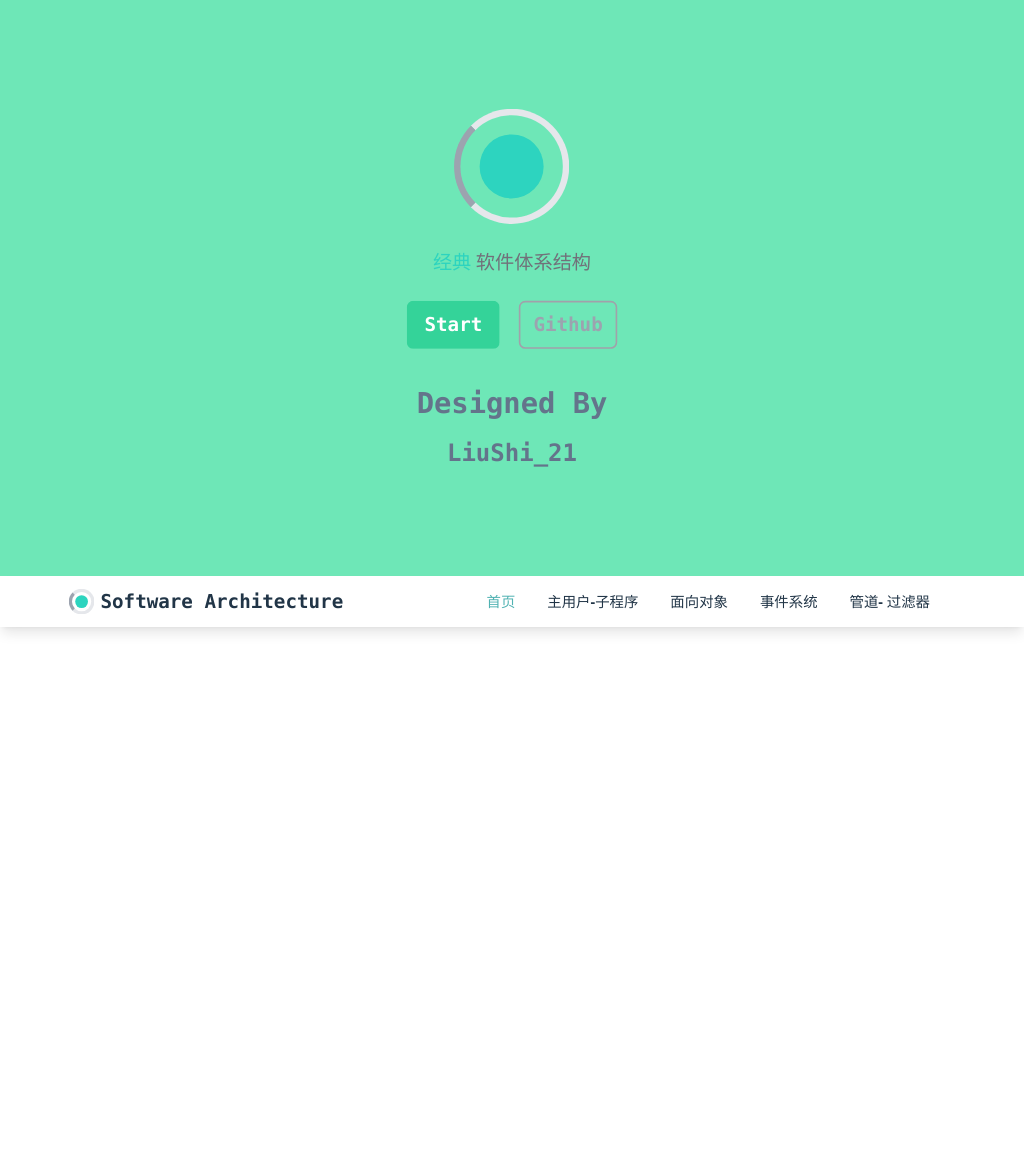
Repository: MarchRory/software_architecture_lab2
Page: / (app in lab2/)
These files come from the project's save history. The page is drawn as it stood at one moment and after the next save; the edit follows.
The browser window is 1280 px wide. The pictures show the whole page, at 80% of full size.
The project was rebuilt for these pictures with package versions that can differ from the ones it lists, and the page was loaded fresh each time. Also part of the build but not shown: lab2/vite.config.ts. Imported but missing from the stored project, and not drawn on this page: lab2/src/views/OOP/index.vue, lab2/src/views/PipFilter/index.vue, lab2/src/views/eventsSys/index.vue, lab2/src/views/mainChild/index.vue.

Above is the page before, as saved 2023-11-17 22:17:15.

### lab2/index.html
<!Doctype html>
<html lang="en">
  <head>
    <meta charset="UTF-8" />
    <link rel="icon" type="image/svg+xml" href="/vite.svg" />
    <meta name="viewport" content="width=device-width, initial-scale=1.0" />
    <title>经典软件体系结构</title>
  </head>
  <body>
    <div id="app"></div>
    <script type="module" src="/src/main.ts"></script>
  </body>
</html>

### lab2/src/main.ts
import { createApp } from 'vue'
import './style.css'
import './style/index.css'
import hljs from 'highlight.js/lib/core'
import 'highlight.js/styles/androidstudio.css'
import java from 'highlight.js/lib/languages/java'
import router from '@/router/index'
import pinia from '@/store/index'
import App from './App.vue'
import "tailwindcss/tailwind.css"
const vueApp = createApp(App)
hljs.registerLanguage('java', java)
// 高亮指令
vueApp.directive('highlight', (el) => {
    const blocks = el.querySelectorAll('pre code')
    blocks.forEach((block: any) => {
        hljs.highlightElement(block)
    })
})
vueApp.use(router).use(pinia).mount('#app')

### lab2/src/style.css
:root {
  font-family: Inter, system-ui, Avenir, Helvetica, Arial, sans-serif;
  line-height: 1.5;
  font-weight: 400;

  color-scheme: light dark;
  color: rgba(255, 255, 255, 0.87);
  background-color: #242424;

  font-synthesis: none;
  text-rendering: optimizeLegibility;
  -webkit-font-smoothing: antialiased;
  -moz-osx-font-smoothing: grayscale;
  -webkit-text-size-adjust: 100%;
}

a {
  font-weight: 500;
  color: #646cff;
  text-decoration: inherit;
}
a:hover {
  color: #535bf2;
}

body {
  margin: 0;
  display: flex;
  place-items: center;
  min-width: 320px;
  min-height: 100vh;
}

@media (prefers-color-scheme: light) {
  :root {
    color: #213547;
    background-color: #ffffff;
  }
  a:hover {
    color: #747bff;
  }
  button {
    background-color: #f9f9f9;
  }
}

### lab2/src/router/index.ts
import { createRouter, createWebHashHistory, RouteRecordRaw } from "vue-router";
export const routes: Array<RouteRecordRaw> = [
    {
        path: '/',
        name: 'hello',
        meta: {
            tabName: '主页'
        },
        component: () => import('@/layout/index.vue'),
        redirect: '/home',
        children: [
            {
                path: '/home',
                name: 'home',
                component: () => import('@/views/hello/index.vue'),
                meta: {
                    title: '首页'
                }
            }, {
                path: '/mainChild',
                name: 'mainChild',
                component: () => import('@/views/mainChild/index.vue'),
                meta: {
                    title: '主用户-子程序'
                }
            }, {
                path: '/OOP',
                name: "OOP",
                component: () => import('@/views/OOP/index.vue'),
                meta: {
                    title: '面向对象'
                }
            }, {
                path: '/eventSys',
                name: "eventSys",
                component: () => import("@/views/eventsSys/index.vue"),
                meta: {
                    title: '事件系统'
                }
            }, {
                path: '/pipFilter',
                name: "pipFilter",
                component: () => import('@/views/PipFilter/index.vue'),
                meta: {
                    title: "管道- 过滤器"
                }
            }
        ]
    },
]

const router = createRouter({
    history: createWebHashHistory(),
    routes
})

export default router

### lab2/src/store/index.ts
import { createPinia } from 'pinia';

const stores = createPinia();

export default stores;

### lab2/src/App.vue
<script setup lang="ts">
	import { defineAsyncComponent, ref } from 'vue';
	import { useRouter } from 'vue-router';
	const router = useRouter();
	const FELoad = ref(true);
	const FELoading = defineAsyncComponent(() => import('@/components/FELoading/index.vue'));
</script>

<template>
	<div id="app">
		<FELoading v-if="FELoad" />
		<router-view style="z-index: 999"></router-view>
	</div>
</template>

<style>
	#app {
		width: 100vw;
		height: 100vh;
	}
	::-webkit-scrollbar {
		width: 8px;
	}
	::-webkit-scrollbar-thumb {
		background-color: rgb(69, 199, 202);
		border-radius: 15px;
	}
	::-moz-scrollbar {
		width: 8px;
	}
	::-moz-scrollbar-thumb {
		background-color: rgb(69, 199, 202);
	}
</style>

### lab2/src/layout/index.vue
<script setup lang="ts">
	import { defineAsyncComponent } from 'vue';
	const Navbar = defineAsyncComponent(() => import('./navbar.vue'));
	const APPMain = defineAsyncComponent(() => import('./Main.vue'));
</script>

<template>
	<div class="flex flex-col items-center w-full h-full">
		<Navbar />
		<APPMain class="flex-1" />
	</div>
</template>

### lab2/src/views/hello/index.vue
<script setup lang="ts">
	import { useRouter } from 'vue-router';
	const router = useRouter();
	function enterPage() {
		router.push({
			path: '/mainChild',
		});
	}
</script>

<template>
	<div
		style="position: absolute; left: 50%; top: 50%; transform: translate(-50%, -50%)"
		class="flex flex-col items-center justify-around h-fit"
	>
		<div
			class="flex items-center justify-center mb-8 border-8 rounded-full w-36 h-36 border-l-gray-400"
		>
			<div class="w-20 h-20 bg-teal-400 rounded-full"></div>
		</div>
		<div class="mb-8 space-x-2 text-2xl font-bold text-zinc-500">
			<span class="text-teal-400">经典</span>
			软件体系结构
		</div>
		<div class="flex items-center justify-between" style="width: 110%">
			<div
				@click="enterPage"
				class="flex items-center justify-center px-5 py-3 font-mono text-2xl font-bold text-white border-2 border-transparent rounded-lg hover:cursor-pointer bg-emerald-400"
			>
				Start
			</div>
			<a
				href="https://github.com/MarchRory"
				target="_blank"
				class="flex items-center justify-center px-4 py-3 font-mono text-2xl font-bold text-gray-400 border-2 rounded-lg hover:cursor-pointer border-zinc-400 hover:text-gray-400"
			>
				Github
			</a>
		</div>

		<div class="flex flex-col justify-center mt-12 font-mono font-bold w-fit text-slate-500">
			<div class="text-4xl">Designed By</div>
			<br />
			<div style="margin: 0 auto" class="text-3xl">LiuShi_21</div>
		</div>
	</div>
</template>

<style scoped></style>

### lab2/src/components/FELoading/index.vue
<script setup lang="ts"></script>

<template>
	<div class="FE"></div>
</template>

<style scoped>
	.FE {
		@apply w-full h-full bg-emerald-300;
	}
</style>

### lab2/src/layout/navbar.vue
<script setup lang="ts">
	import { useRouter, useRoute, RouteRecordRaw } from 'vue-router';
	import { routes } from '@/router';
	import { ref } from 'vue';
	const router = useRouter();
	const route = useRoute();
	const Navlist = ref();
	function initNav() {
		Navlist.value = routes[0].children?.map((route: RouteRecordRaw) => {
			return {
				path: route.path,
				title: route?.meta.title,
			};
		});
	}
	initNav();
	function switchTab(path: string) {
		router.push({
			path: path,
		});
	}
</script>

<template>
	<div class="flex items-center justify-around w-full h-16 shadow-lg">
		<ul class="flex items-center justify-start list-none">
			<li class="flex items-center justify-center w-8 h-8 border-4 rounded-full border-l-gray-400">
				<div class="w-4 h-4 bg-teal-400 rounded-full"></div>
			</li>
			<li class="font-mono text-2xl navFont">Software Architecture</li>
		</ul>
		<ul class="flex min-w-fit">
			<li
				@click="switchTab(navItem.path)"
				class="mr-8 font-sans text-lg transition-all navFont hover:cursor-pointer"
				:class="[route.path == navItem.path ? 'active' : '']"
				v-for="(navItem, index) in Navlist"
				:key="index"
			>
				{{ navItem.title }}
			</li>
		</ul>
	</div>
</template>

<style scoped>
	.navFont {
		@apply ml-2 font-bold;
	}
	.active {
		color: rgb(80, 178, 178);
	}
	/* 	.active::before {
		display: block;
		content: '';
		position: absolute;
		width: 12px;
		height: 12px;
		border-radius: 50%;
		background-color: rgb(80, 178, 178);
		transform: translate(100%, 50%);
	} */
</style>

### lab2/src/layout/Main.vue
<script setup lang="ts">
	import { nextTick, ref, watch } from 'vue';
	import { useScrollStore } from '@/store/modules/scroll/index';
	import { useScroll } from '@/hooks/useScroll';
	import router from '@/router';
	const scrollStore = useScrollStore();
	scrollStore.init();
	const main = ref<HTMLDivElement>();
	const { pageScroll } = useScroll();
	router.beforeEach((to, from, next) => {
		pageScroll.value = 0;
		if (main.value) {
			scrollStore.update(from.fullPath, main.value.scrollTop);
			next();
		}
	});
	router.afterEach((to, from) => {
		nextTick(() => {
			if (main.value) {
				main.value.scrollTop = scrollStore.useScroll(to.fullPath) as number;
			}
		});
	});
	watch(
		() => pageScroll.value,
		(newV) => {
			let scrollTopTo = newV;
			if (main.value)
				main.value.scrollTo({ top: scrollTopTo > 0 ? scrollTopTo : 0, behavior: 'smooth' });
		},
	);
</script>

<template>
	<div class="w-full h-auto px-56 pt-4 overflow-auto" ref="main">
		<router-view v-slot="{ Component }">
			<keep-alive>
				<component :is="Component" />
			</keep-alive>
		</router-view>
	</div>
</template>

### lab2/src/store/modules/scroll/index.ts
import { defineStore } from "pinia";
import { routes } from "@/router";
import { RouteRecordRaw } from "vue-router";
interface ScrollType {
    scrollMap: Map<string, number>
}
export const useScrollStore = defineStore('useScrollStore', {
    state: (): ScrollType => {
        return {
            scrollMap: new Map()
        }
    },
    actions: {
        init(): void {
            const paths = routes[0].children?.map((route: RouteRecordRaw) => {
                return {
                    path: route.path,
                };
            });
            paths?.forEach((item, index) => {
                this.scrollMap.set(item.path, 0)
            })
        },
        update(routePath: string, scrollTop: number): void {
            this.scrollMap.set(routePath, scrollTop)
        },
        useScroll(routePath: string): number | undefined {
            return this.scrollMap.get(routePath)
        }
    }
})

### lab2/src/hooks/useScroll.ts

import { ComponentInternalInstance, getCurrentInstance, ref } from 'vue'
const pageScroll = ref(0)
export const useScroll = () => {
    return {
        pageScroll
    }
}

Loaded but not shown: lab2/src/style/index.css (common file); lab2/tailwind.config.js (common file)

After the next save:
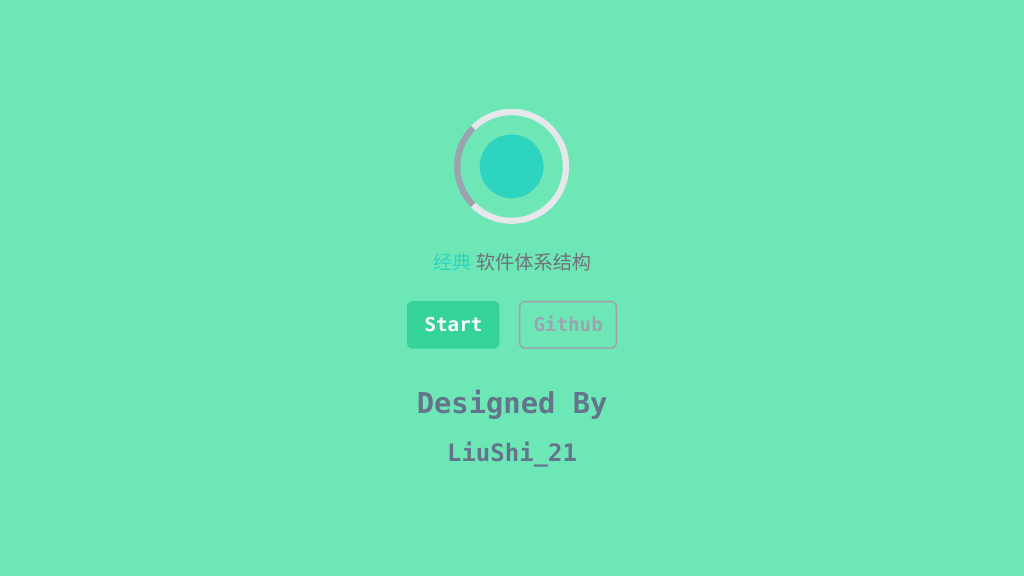
Saved 15 s later.
--- a/lab2/src/components/FELoading/index.vue
+++ b/lab2/src/components/FELoading/index.vue
@@ -6,6 +6,6 @@
 
 <style scoped>
 	.FE {
-		@apply w-full h-full bg-emerald-300;
+		@apply fixed w-full h-full bg-emerald-300;
 	}
 </style>
